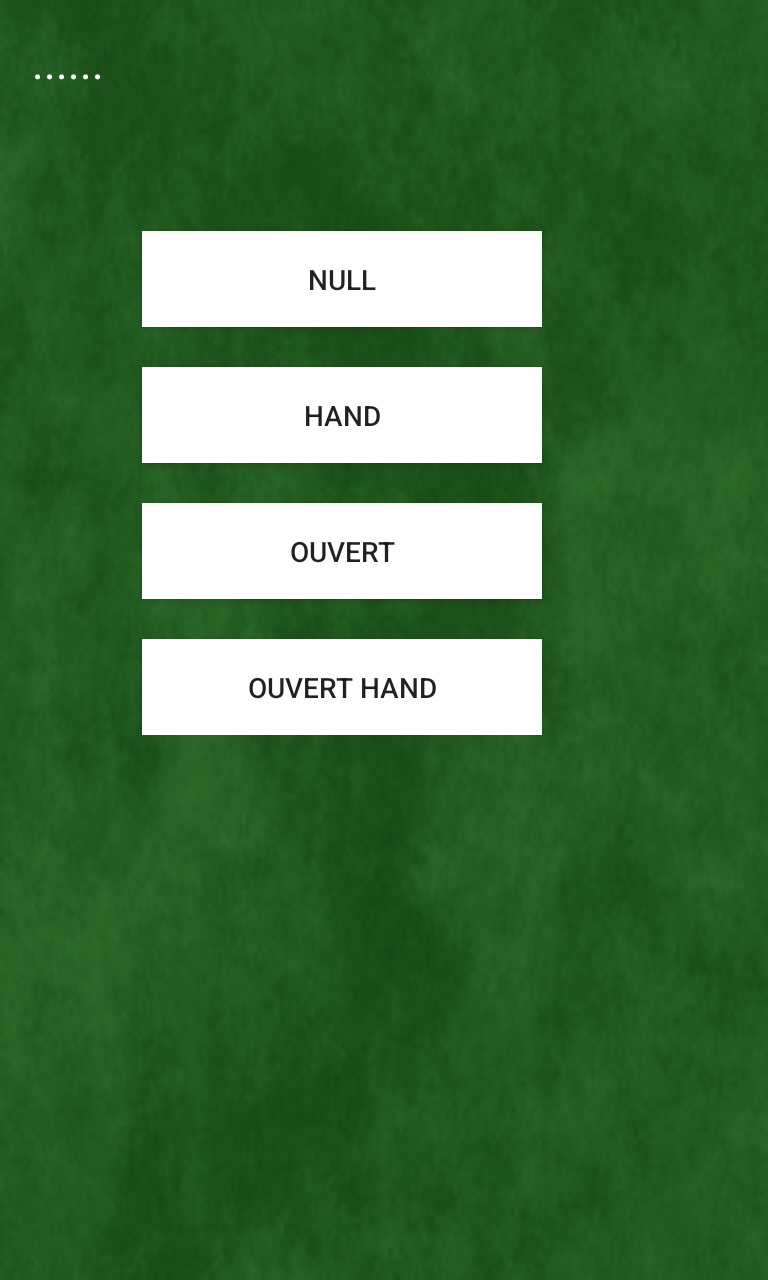
Repository: razinanu/InSy-Skat
Layout: InSy-Skat/res/layout/fragment_null_s.xml
An editor plug-in stored every save of this project. The layout is shown before and after the next save, followed by the edit.
It is drawn on a 768 x 1280 px phone screen (xhdpi) without system bars, with theme AppThemeWithoutActionBarTitle; the app's code is not run.

Above is the layout before, as saved 2014-06-21 19:17:38.

### InSy-Skat/res/layout/fragment_null_s.xml
<ScrollView xmlns:android="http://schemas.android.com/apk/res/android"
    xmlns:tools="http://schemas.android.com/tools"
    android:layout_width="match_parent"
    android:layout_height="match_parent"
    android:paddingBottom="@dimen/activity_vertical_margin"
    android:paddingLeft="@dimen/activity_horizontal_margin"
    android:paddingRight="@dimen/activity_horizontal_margin"
    android:paddingTop="@dimen/activity_vertical_margin"
    android:background="@drawable/hintergrundapp"
    tools:context="com.example.insy_skat.NullSPActivity$PlaceholderFragment" >


        <LinearLayout
            android:layout_width="match_parent"
            android:layout_height="wrap_content"
            android:orientation="vertical"
           >

            <TextView
                android:id="@+id/bubenAuswahlText"
                android:layout_width="wrap_content"
                android:layout_height="wrap_content"
                android:text="@string/nullspiel"
                android:textAppearance="?android:attr/textAppearanceLarge"
                android:textColor="#ffffff" />

            <Button
                android:id="@+id/nullsp"
                android:layout_width="200dp"
                android:layout_height="wrap_content"
                android:text="@string/nullString"
                android:gravity="center"
                android:layout_marginTop="70dp"
                android:layout_marginLeft="55dp"
                android:background="#ffffff" />

             <Button
                android:id="@+id/nullH"
                android:layout_height="wrap_content"
                android:layout_marginTop="20dp"
                android:layout_width="200dp"
                android:layout_marginLeft="55dp"
                android:text="@string/nullH"
                android:background="#ffffff" />

             <Button
                 android:id="@+id/nullou"
                android:layout_height="wrap_content"
                android:layout_marginTop="20dp"
                android:layout_width="200dp"
                android:layout_marginLeft="55dp"
                android:text="@string/nullou"
                android:background="#ffffff" />

             <Button
                android:id="@+id/nullouH"
                android:layout_height="wrap_content"
                android:layout_marginTop="20dp"
                android:layout_width="200dp"
                android:layout_marginLeft="55dp"
                android:text="@string/nullouH"
                android:background="#ffffff" />

        </LinearLayout>


</ScrollView>

### InSy-Skat/res/values/strings.xml
<?xml version="1.0" encoding="utf-8"?>
<resources>

    <string name="app_name">Reizassistent</string>
    <string name="action_settings">Settings</string>
    <string name="zurueck">Zurück</string>
    <string name="weiter">Weiter</string>
    <string name="menue">Menü</string>
    <string name="abbrechen">Beenden</string>
    <string name="farbspielGrand">Farbspiel/Grand</string>
    <string name="nullString">Null</string>
    <string name="grand">Grand</string>
    <string name="reizassistent">Reizassistent</string>
    <string name="bubenAuswaehlen">Buben Auswählen</string>
    <string name="farbenAuswahl">Farben Auswählen</string>
    <string name="reizenTabelle">Reiztabelle</string>
    <string name="title_activity_selected_soldiers">SelectedSoldiers</string>
    <string name="title_activity_farben_auswahl">FarbenAuswahl</string>
    <string name="title_activity_result">ResultActivity</string>
    <string name="info_title">Zusätzliche Informationen</string>
    <string name="home_title">Hauptmenü</string>
    <string name="title_activity_null_sp">NullSPActivity</string>
    <string name="nullspiel">......</string>
     <string name="nullH">Hand</string>
     <string name="nullou">Ouvert</string>
     <string name="nullouH">Ouvert Hand</string>

</resources>

Loaded but not shown: InSy-Skat/res/values-v11/styles.xml (common file); InSy-Skat/res/values/styles.xml (common file); InSy-Skat/res/values-v14/styles.xml (common file); InSy-Skat/res/values/dimens.xml (common file); InSy-Skat/res/values-w820dp/dimens.xml (common file)

After the next save:
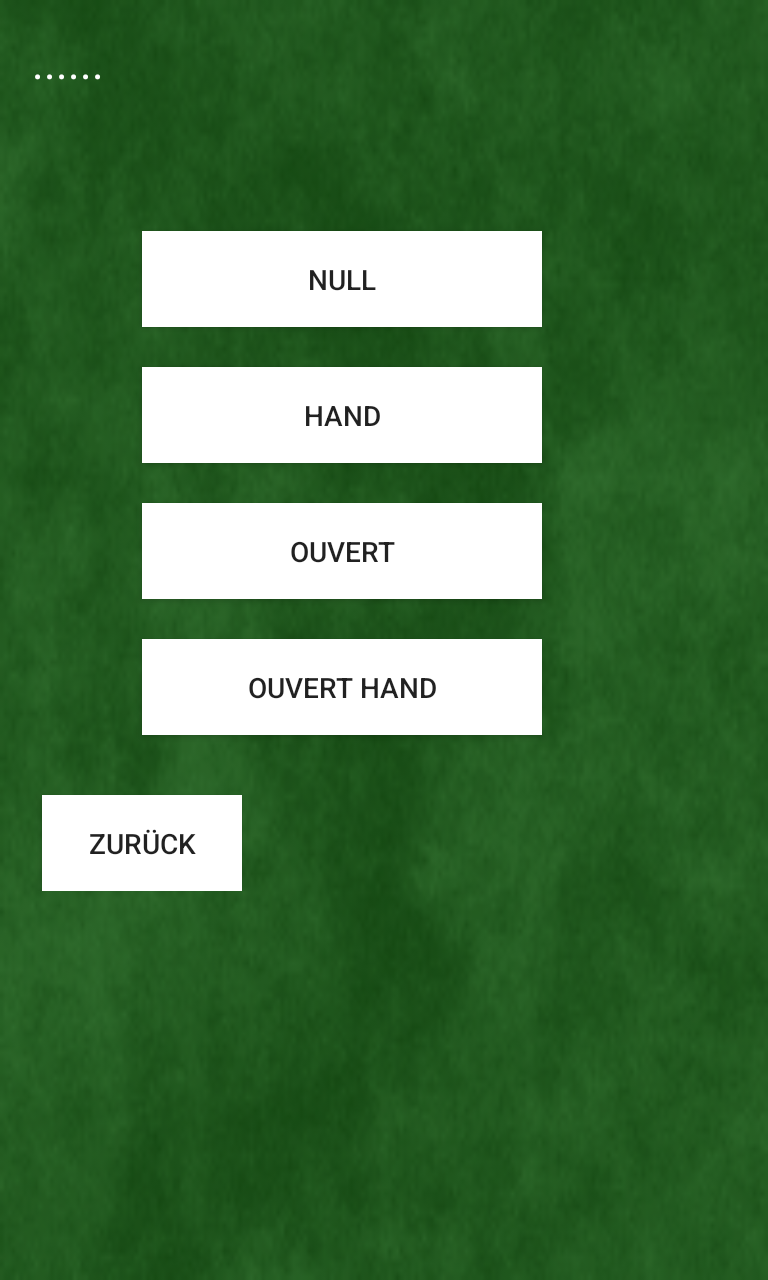
Saved 6 min 25 s later.
--- a/InSy-Skat/res/layout/fragment_null_s.xml
+++ b/InSy-Skat/res/layout/fragment_null_s.xml
@@ -60,6 +60,16 @@
                 android:layout_marginLeft="55dp"
                 android:text="@string/nullouH"
                 android:background="#ffffff" />
+             <Button
+           android:id="@+id/backbutton"
+           android:layout_width="wrap_content"
+           android:layout_height="wrap_content"
+           android:layout_marginLeft="5dp"
+           android:background="#ffffff"
+           android:onClick="backToPrevActivity"
+           android:text="@string/zurueck"
+            android:layout_marginTop="30dp"
+           android:width="100dp" />
 
         </LinearLayout>
 
